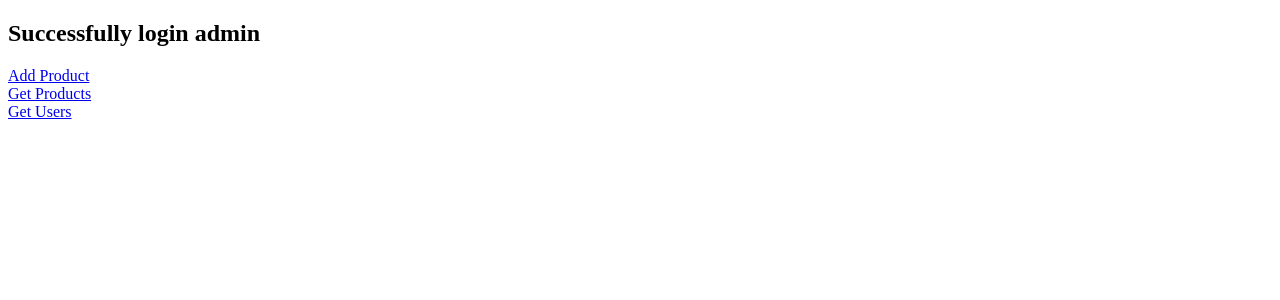
Repository: wardiurban/Assessment3
Page: http://localhost/AssignmentFinal/adminHome.jsp
An editor plug-in stored every save of this project. The page is shown before and after the next save, followed by the edit.
The browser window is 1280 px wide. The pictures show the whole page.
The page is served by Tomcat 9.

Above is the page before, as saved 2022-07-31 14:36:59.

After the next save:
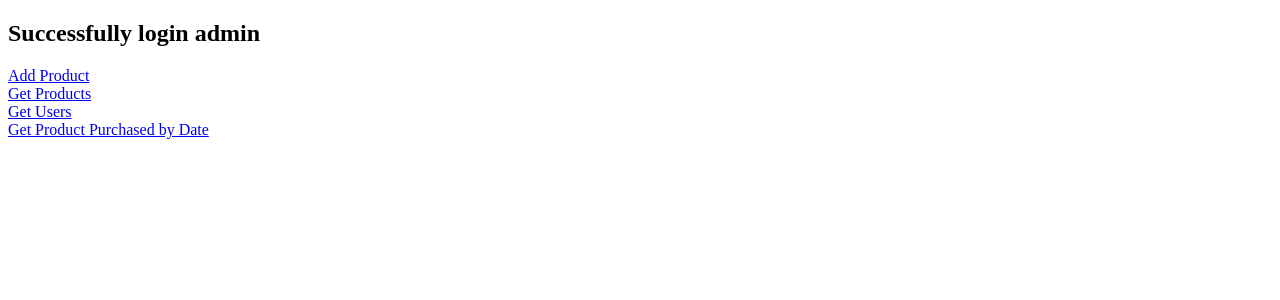
Saved 5 min 40 s later.
--- a/AssignmentFinal/WebContent/adminHome.jsp
+++ b/AssignmentFinal/WebContent/adminHome.jsp
@@ -15,5 +15,7 @@
 <br/>
 <a href="getUsers">Get Users</a>
 <br/>
+<a href="getPurchased">Get Product Purchased by Date</a>
+<br/>
 </body>
 </html>
